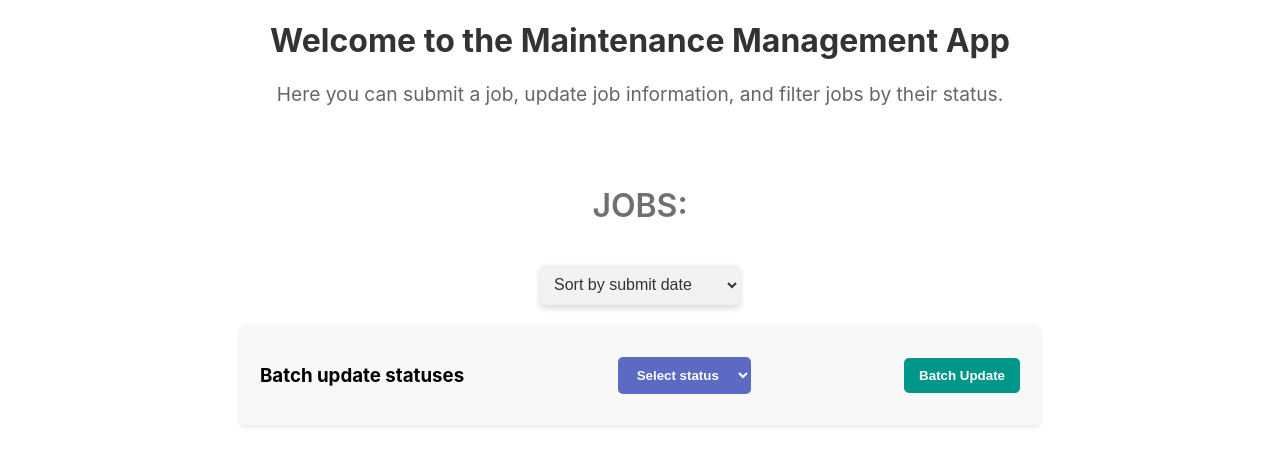
Repository: mikasteyn999/Maintenance-Manager-App
Page: /jobs (app in frontend/)
These files come from the project's save history. The page is drawn as it stood at one moment and after the next save; the edit follows.
The browser window is 1280 px wide. The pictures show the whole page.
The page's requests for data from a server got no answer. The project was rebuilt for these pictures with package versions that can differ from the ones it lists, and the page was loaded fresh each time. No one was signed in, and anything a server would have sent is missing. Also part of the build but not shown: frontend/src/style/JobForm.css, frontend/src/components/JobForm.js, frontend/src/style/Job.css, frontend/src/components/Job.js, frontend/src/components/Home.js, frontend/src/style/JobUpdateForm.css, frontend/src/components/JobUpdateForm.js.

Above is the page before, as saved 2023-06-01 12:48:22.

### frontend/src/App.js
// Import necessary libraries and components
import React from 'react';
import Router from './Router';
import './style/App.css'

// Define the App component
// This component uses the Router component to handle routing
const App = () => {
  return (
    <div className="app">
      <h1 className="app-title">Welcome to the Maintenance Management App</h1> {/* Welcome title */}
      <p className="app-instructions">Here you can submit a job, update job information, and filter jobs by their status.</p> {/* Instructions */}
      <Router /> {/* Use Router component for handling routes */}
    </div>
  );
}

// Export the App component
export default App;

### frontend/src/Router.js
// Import necessary libraries and components
import React from 'react';
import { BrowserRouter as Router, Route, Routes } from 'react-router-dom';
import Home from './components/Home';
import JobForm from './components/JobForm';
import JobsList from './components/JobsList';
import JobUpdateForm from './components/JobUpdateForm'

// Define the Router component
// This component defines the routes for the React app
// The Home component (which contains both the JobForm and JobsList components) is displayed when the path is exactly "/"
// The JobForm component is displayed when the path is "/submit"
// The JobsList component is displayed when the path is "/jobs"
const AppRouter = () => {
    return (
        <Router>
            <Routes>
                <Route path="/" element={<Home />} /> {/* Home route */}
                <Route path="/submit" element={<JobForm />} /> {/* Job submission route */}
                <Route path="/jobs" element={<JobsList />} /> {/* Jobs listing route */}
                <Route path="/edit/:id" element={<JobUpdateForm />} />
            </Routes>
        </Router>
    );
};

// Export the Router component
export default AppRouter;

### frontend/src/style/App.css
/* App.css */

.app {
  text-align: center;
}

.app-title {
  font-size: 2em;
  color: #333;
  text-align: center;
}

.app-instructions {
  font-size: 1.2em;
  color: #666;
  margin-bottom: 20px;
  text-align: center;
}

/* style the form container */
.app .job-form {
  max-width: 600px;  /* limit the width */
  margin: 0 auto;   /* center the form */
  padding: 20px;    /* add some padding */
}

/* style the jobs list container */
.app .jobs-list {
  max-width: 800px;  /* limit the width */
  margin: 0 auto;   /* center the jobs list */
  padding: 20px;    /* add some padding */
}

### frontend/src/components/JobsList.js
//Import react & job component
import React, { useEffect, useState } from 'react';
import Job from './Job';
import '../style/JobsList.css';

// Define the JobsList component. This component will fetch a list of jobs from the server and display each one using the Job component.
// The component has a local state, jobs, which is an array of jobs.
// The useEffect hook is used to fetch the jobs when the component is first rendered.
// The fetchJobs function makes a GET request to the /jobs route to fetch the list of jobs.
// Each job is then displayed using the Job component.
const JobsList = () => {
    const [jobs, setJobs] = useState([]);
    const [sortOrder, setSortOrder] = useState("date"); // Add state for sort order. By default, it's set to 'date'
    const [selectedJobs, setSelectedJobs] = useState([]);

    useEffect(() => {
      const fetchJobs = async () => {
        const response = await fetch(`http://localhost:5000/api/jobs?sort=${sortOrder}`); // Update API call to include sort order
        const data = await response.json();
        setJobs(data);
      };
      fetchJobs();
    }, [sortOrder]); // Update useEffect dependency array to include sortOrder. This means the useEffect callback will run whenever sortOrder changes.

    const handleSortChange = (event) => {
      setSortOrder(event.target.value); // When user selects a new sort order, update the sortOrder state
    };

    // Function for catch updates
    const handleBatchUpdate = async () => {
      const status = document.getElementById('batchStatusUpdate').value;
      if (!status) {
        console.error('No status selected for batch update');
        return;
      }
      if (selectedJobs.length === 0) {
        console.error('No jobs selected for batch update');
        return;
      }
      try {
        const response = await fetch('/api/jobs/batch', {
          method: 'PUT',
          headers: {
            'Content-Type': 'application/json',
          },
          body: JSON.stringify({ jobIds: selectedJobs, status }),
        });
        if (response.ok) {
          console.log('Batch update successful');
          setSelectedJobs([]); // Clear selected jobs after successful update
        } else {
          console.error('Failed to batch update jobs');
        }
      } catch (error) {
        console.error(`An error occurred: ${error}`);
      }
    };


    return (
      <div className='jobs-list'>
        <div className='jobs-header'>JOBS:</div>

        <select className='select-sort' value={sortOrder} onChange={handleSortChange}> {/* Add select element for sort order */}
          <option value="date">Sort by submit date</option>
          <option value="status">Sort by status</option>
        </select>
        {/* Batch update */}
        <div className='batch-update'>
          <h3>Batch update statuses</h3>
          <select id="batchStatusUpdate" name="batchStatusUpdate">
            <option value="">Select status</option>
            <option value="status1">Submitted</option>
            <option value="status2">In Progress</option>
            <option value="status2">Completed</option>
          </select>
          <button onClick={handleBatchUpdate}>Batch Update</button>
        </div>
        {jobs.map((job) => (
          <Job key={job._id} job={job} selectedJobs={selectedJobs} setSelectedJobs={setSelectedJobs} />
        ))}
      </div>
    );
};

export default JobsList;

### frontend/src/style/JobsList.css
.jobs-list {
    max-width: 600px;
    margin: 0 auto;
    padding: 20px;
}

.jobs-header {
    font-size: xx-large;
    padding: 5%;
    font-weight: 600;
    color: rgb(112, 112, 112);
}

/* Style the select element */
.select-sort {
    width: 200px;
    height: 40px;
    border: none;
    border-radius: 5px;
    padding: 5px 10px;
    margin-bottom: 20px;
    box-shadow: 0 3px 6px 0 rgba(0,0,0,0.16);
    font-size: 16px;
    color: #333;
    background-color: #f2f2f2;
    transition: background-color 0.3s ease;
}

/* Style the options inside the select element */
.select-sort option {
    color: #333;
    background-color: #f2f2f2;
}

/* Change the background color of the select when it's focused */
.select-sort:focus {
    background-color: #e6e6e6;
}

.batch-update {
    display: flex;
    align-items: center;
    justify-content: space-between;
    padding: 20px;
    margin-bottom: 20px;
    background-color: #f8f8f8;
    border-radius: 5px;
    box-shadow: 0 2px 5px rgba(0,0,0,0.1);
}

.batch-update select,
.batch-update button {
    padding: 10px 15px;
    border: none;
    border-radius: 5px;
    background-color: #5c6ac4;
    color: white;
    font-weight: bold;
    cursor: pointer;
}

.batch-update button {
    background-color: #009688;
}

.batch-update button:hover {
    background-color: #00796b;
}

Loaded but not shown: frontend/public/index.html (common file); frontend/src/index.js (common file); frontend/src/index.css (common file); frontend/src/reportWebVitals.js (common file)

After the next save:
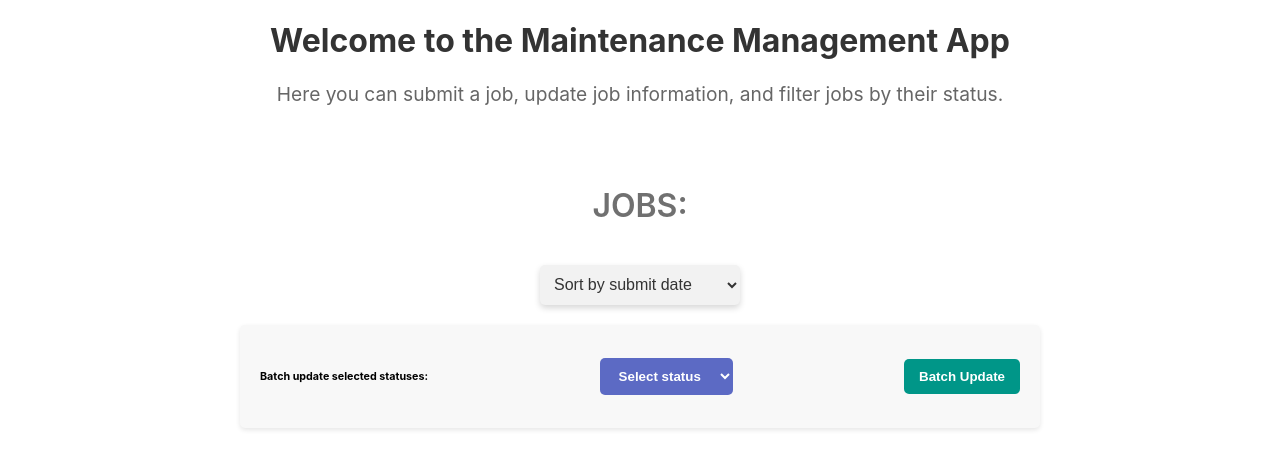
Saved 22 s later.
--- a/frontend/src/components/JobsList.js
+++ b/frontend/src/components/JobsList.js
@@ -67,7 +67,7 @@ const JobsList = () => {
         </select>
         {/* Batch update */}
         <div className='batch-update'>
-          <h3>Batch update statuses</h3>
+          <h6>Batch update selected statuses:</h6>
           <select id="batchStatusUpdate" name="batchStatusUpdate">
             <option value="">Select status</option>
             <option value="status1">Submitted</option>
